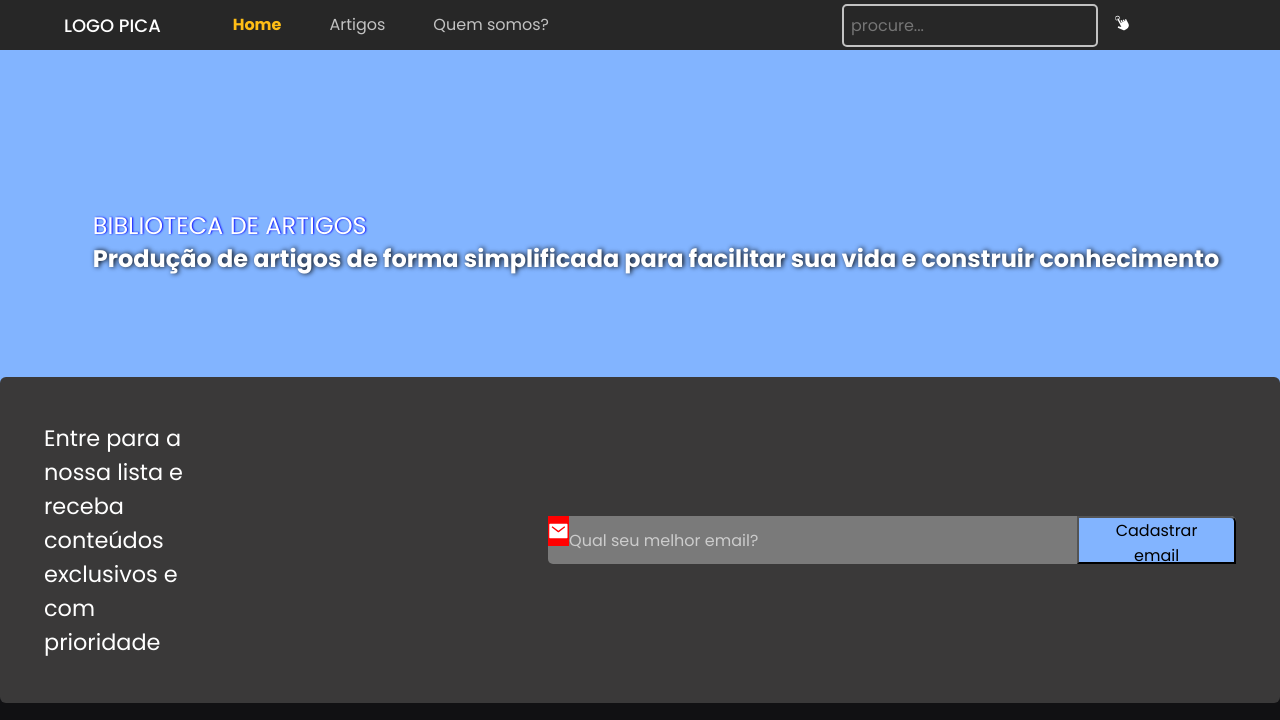
Repository: ArthurHendrich/Inepto
Page: /
The author's editor kept a copy of each file at every save. The page is drawn from the files as they stood at one save, then again after the next save.
The browser window is 1280 px wide. The pictures show the whole page.
The project was rebuilt for these pictures with package versions that can differ from the ones it lists, and the page was loaded fresh each time. The framework's server and built-in components were replaced by stand-ins that run in the browser. Also part of the build but not shown: next.config.js.

Above is the page before, as saved 2022-07-06 20:38:06.

### src/pages/_app.tsx
import { AppProps } from "next/app";
import { Header } from "../components/header";

import '../styles/global.scss';

function MyApp({ Component, pageProps }: AppProps) {
  return (
    <>
    <Header />
    <Component {...pageProps} />
    </>
  );
}

export default MyApp;

### src/pages/_document.tsx
import Document, { Html, Head, Main, NextScript } from "next/document";

export default class MyDocument extends Document {
  render() {
    return (
      <Html>
        <Head>
          <link rel="preconnect" href="https://fonts.googleapis.com" />
          <link
            href="https://fonts.googleapis.com/css2?family=Poppins:wght@400;500;700;900&display=swap"
            rel="stylesheet"
          />
          <link rel="shortcut icon" href="favicon.png" type="image/png" />
        </Head>
        <body>
          <Main />
          <NextScript />
        </body>
      </Html>
    );
  }
}

### src/pages/index.tsx
import Head from "next/head";

import styles from "../styles/home.module.scss";

import { IoMailSharp } from 'react-icons/io5';

export default function Home() {
  return (
    <>
      <Head>
        <title>Direito Inepto</title>
      </Head>

      <main>
        <section className={styles.headerContainer}>
          <div className={styles.headerText}>
            <h1>BIBLIOTECA DE ARTIGOS</h1>
            <h2>
              Produção de artigos de forma simplificada para facilitar sua vida
              e construir conhecimento
            </h2>
          </div>
        </section>

        <section className={styles.inputContainer}>
          <h2>
            Entre para a nossa lista e receba conteúdos exclusivos e com
            prioridade
          </h2>
          <div className={styles.inputContent}>
            <div className={styles.ContentFake}>
              <IoMailSharp className={styles.mail}/>
              <input type="text" placeholder="Qual seu melhor email?" />
              <button>Cadastrar email</button>
            </div>
          </div>
        </section>
      </main>
    </>
  );
}

### src/components/header/index.tsx
import styles from "./styles.module.scss";
import { GiClick } from "react-icons/gi";
import { ActiveLink } from "../ActiveLink";
import { useState } from "react";



export function Header() {
  const [inputText, setInputText] = useState('');



  return (
    <header className={styles.headerContainer}>
      <div className={styles.headerContent}>
        <div className={styles.headerItens}>
          <div className={styles.headerLogo}>
            <ActiveLink href="/" activeClassName={styles.active}>
              <a>LOGO PICA</a>
            </ActiveLink>
          </div>

          <nav>
            <ActiveLink href="/" activeClassName={styles.active}>
              <a>Home</a>
            </ActiveLink>

            <ActiveLink href="/posts" activeClassName={styles.active}>
              <a>Artigos</a>
            </ActiveLink>

            <ActiveLink href="/sobre" activeClassName={styles.active}>
              <a>Quem somos?</a>
            </ActiveLink>
          </nav>
        </div>

        <div className={styles.headerSearch}>
          <input
            type="text"
            value={inputText}
            placeholder="procure..."
            onChange={(e) => setInputText(e.target.value)}
          />
          <GiClick className={styles.headerSearchIcon}/>
        </div>
      </div>
    </header>
  );
}

### src/styles/global.scss
* {
  margin: 0;
  padding: 0;
  box-sizing: border-box;
}

:root {
  --white: #FFF;

  --gray-100: #C2C2C2;
  --gray-200: #CCCCCC;
  --gray-300: #7a7a7a;
  --gray-400: #3A3939;
  --gray-500: #272727;
  --gray-900: #111113;

  --blue-200: #3C7198;
  --blue-500: #82B4FF;
  --blue-900: #95D2FF;

  --purple-header: #2F1C6A;
  --purple-content: #492E9E;

  --yellow-500: #FFBE16;
}

@media (max-width: 1080px) {
  html {
    font-size: 93.75%;
  }
}

@media (max-width: 720px) {
  html {
    font-size: 87.5%;
  }
}

body{
  background: var(--gray-900);
  color: var(--white);
}

body, input, textarea, select, button {
  font: 400 1rem 'Poppins', sans-serif;
}

button {
  cursor: pointer;
}

a {
  color: inherit;
  text-decoration: none;
}

### src/styles/home.module.scss
.headerContainer {
  min-height: calc(60vh - 3.125rem);
  margin: 0 auto;
  display: flex;
  justify-content: center;
  align-items: center;
  padding: 0 2rem;
  background: var(--blue-500);

  .headerText {
    padding-left: 2rem;

    font-size: rem;

    h1 {
      font-weight: 50;
      cursor: pointer;
      text-shadow: 1px 0px 2px blue;
    }

    h2{
      font-weight: 700;
      line-height: 2rem;
      text-shadow: 1.5px 0px 5px black;
      cursor: pointer;
    }
  }

  img {
    width: 75%
  }
}

.inputContainer {
  max-width: 1475px;
  margin: 0 auto;
  margin-top: -55px;
  padding: 2.75rem;
  display: flex;
  align-items: center;
  background: var(--gray-400);
  border-radius: 6px;

  h2 {
    font-size: 1.4rem;
    font-weight: 100;
  }

  .inputContent {
    padding-left: 21rem;

    .ContentFake {
      background: var(--gray-300);
      border-radius: 5px;
      display: flex;
      height: 3rem;

      input {
        margin-right: 2rem;
        border: none;
        background-color: transparent;
        color: var(--white);
        outline: none;
      }

      button{
        margin-left: 10rem;
        padding-left: 2rem;
        padding-right: 2rem;
        text-align: center;
        border-top-right-radius: 6px;
        background-color: var(--blue-500);
      }

      .mail{
        background-color: red;
        height: 30px;
        width: 30px;
      }
    }
  }


  *::placeholder {
    color: var(--gray-200);
  }
}

### src/components/header/styles.module.scss
.headerContainer {
  height: 3.125rem;
  background: var(--gray-500);
  color: var(--white);

}


.headerContent {
  height: 3.125rem;
  margin: 0 auto;
  display: flex;
  padding: 0 4rem;
  align-items: center;
  justify-content: space-between;

  .headerItens {
    display: flex;
    align-items: center;
    justify-content: space-between;

    .headerLogo {
      margin-right: 4rem;
      font-size: 1.125rem;
      font-weight: 500;
    }

    nav {
      height: 6rem;

      a {
        display: inline-block;
        position: relative;
        padding: 0 0.5rem;
        height: 6rem;
        line-height: 6rem;
        color: var(--gray-100);
        transition: color 0.2s;

        & + a {
          margin-left: 2rem;
        }

        &:hover {
          color: var(--white);
        }

        &.active{
          color: var(--yellow-500);
          font-weight: bold;
        }
      }
    }
  }

  .headerSearch {
    padding: 0 0.5rem;

    input {
      margin-right: 1rem;
      border: 2px solid var(--gray-100);
      border-radius: 5px;
      background: transparent;
      width: 70%;
      padding: 0.4375rem 0.4375rem;
      color: var(--gray-300);
    }
  }
}

### src/components/ActiveLink/index.tsx
import Link, { LinkProps } from "next/link";
import { useRouter } from "next/router";
import { cloneElement, ReactElement } from "react";

interface ActiveLinkProps extends LinkProps {
  children: ReactElement;
  activeClassName: string;
}

export function ActiveLink ({ children, activeClassName, ...rest }: ActiveLinkProps) {
  const { asPath } = useRouter();

  const className = asPath === rest.href ? activeClassName : '';


  return (
    <Link {...rest}>
      {cloneElement(children, { className })}
    </Link>
  )
}

After the next save:
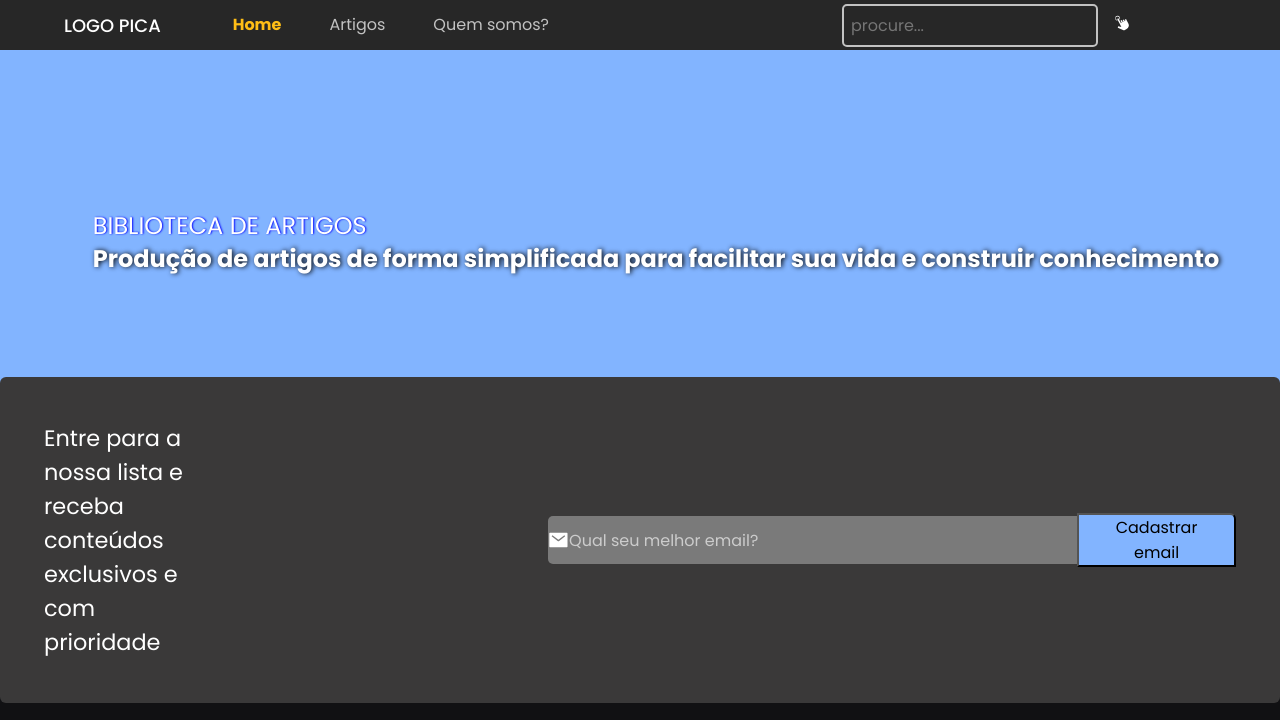
Saved 10 s later.
--- a/src/styles/home.module.scss
+++ b/src/styles/home.module.scss
@@ -54,6 +54,7 @@
       border-radius: 5px;
       display: flex;
       height: 3rem;
+      align-items: center;
 
       input {
         margin-right: 2rem;
@@ -73,7 +74,6 @@
       }
 
       .mail{
-        background-color: red;
         height: 30px;
         width: 30px;
       }
